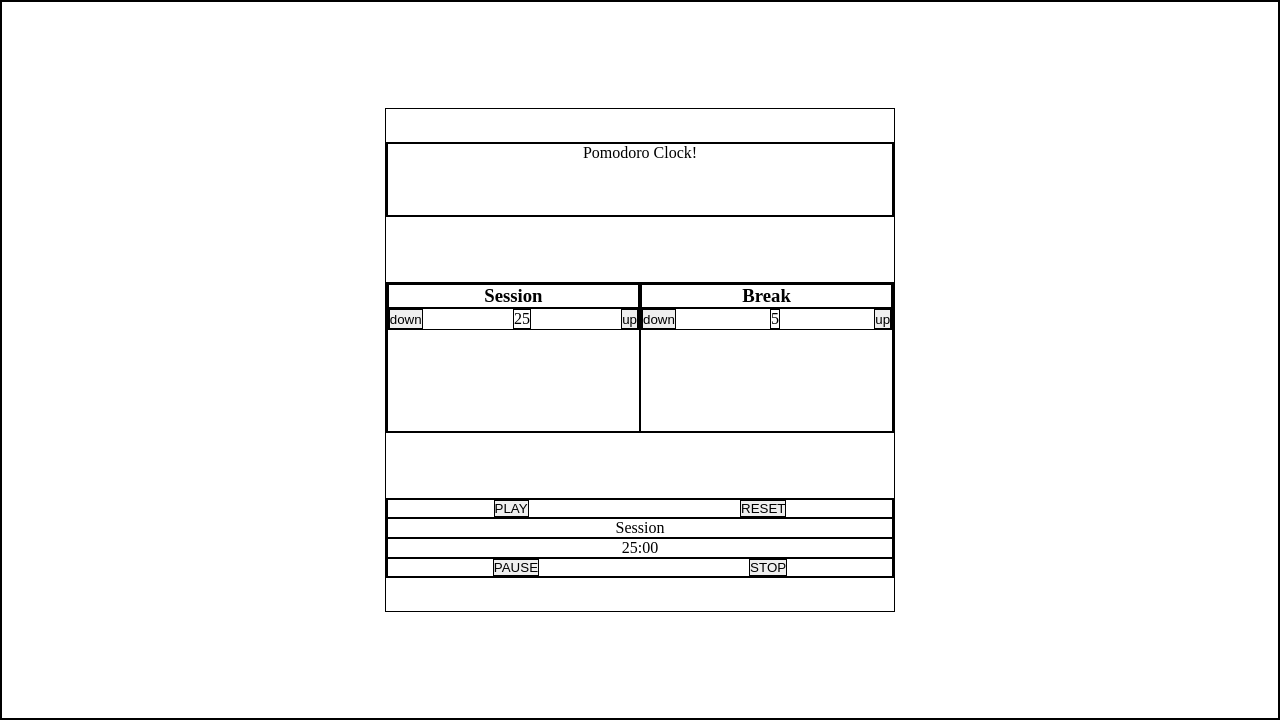
Repository: mcostigliola/pomodoroTimer
Page: index.html
These files come from the project's save history. The page is drawn as it stood at one moment and after the next save; the edit follows.
The browser window is 1280 px wide. The pictures show the whole page.

Above is the page before, as saved 2020-06-05 19:30:48.

### index.html
<!DOCTYPE html>
<html>
<head>
  <meta charset='utf-8'>
  <meta http-equiv='X-UA-Compatible' content='IE=edge'>
  <title>Page Title</title>
  <meta name='viewport' content='width=device-width, initial-scale=1'>
  <link rel='stylesheet' type='text/css' media='screen' href='main.css'>
</head>
<body>
  <div id="main-container">
    <div id="title-watch">
      <p>Pomodoro Clock!</p>
    </div>

    <div id="session-container">
      <div class="timer-configurator">
        <h3 class="cnfg-name">Session</h3>
        <div class="cnfg-controller">
          <button id="session-down" class="arrow-btn arrow-down">
            down
          </button>
          <div id="session-minute" class="config-minute"></div>
          <button id="session-up" class="arrow-btn arrow-up">
            up
          </button>
        </div>
      </div>
      <div class="timer-configurator">
        <h3 class="cnfg-name">Break</h3>
        <div class="cnfg-controller">
          <button id="break-down" class="arrow-btn arrow-down">
            down
          </button>
          <div id="break-minute" class="config-minute"></div>
          <button id="break-up" class="arrow-btn arrow-up">
            up
          </button>
        </div>
      </div>
    </div>

    <div id="timer-container">
       <div class="btn-container">
         <button id="btn-play">PLAY</button>
         <button id="btn-reset">RESET</button>
       </div>

       <p id="status">Session</p>
       <p id="timer">25:00</p>
       <div class="btn-container">
         <button id="btn-pause">PAUSE</button>
         <button id="btn-stop">STOP</button>
       </div>

    </div>
  </div>

  <script src='main.js'></script>
</body>
</html>

### main.css
*{
    border: 1px solid black;
    box-sizing: border-box;
    margin:0;
    padding:0;
}

html{
    height: 100%;
}

body{
    display: flex;
    flex-flow: column;
    height: 100%;
}

#main-container{
    display: flex;
    flex-flow: column;
    height: 70vh;
    justify-content: space-around;
    margin: auto;
    width: 40%;
}

#session-container{
    display: flex;
    height: 30%;
}

#timer-container p{
    text-align: center;
}

#title-watch{
    display: flex;
    height: 15%;
    text-align: center;
}

#title-watch p{
    flex-grow: 1;
}

.btn-container{
    display: flex;
    justify-content: space-around;
}

.cnfg-controller{
    display: flex;
    justify-content: space-between;
}


.timer-configurator{
    display: flex;
    flex-flow: column;
    width: 50%;
}

.timer-configurator h3{
    text-align: center;
}

.timer-container{
    display:flex;
    flex-flow: column;
}

### main.js
const MAX_CNFG_VALUE = 99;
const DEFMINUTES = 25;
const DEFBREAK = 5;
let configSessionMinutes = DEFMINUTES;
let configBreakMinutes = DEFBREAK;
let timerMinutes = configSessionMinutes;
let timerSeconds = 0;
let intervalId;
let isPaused = true;
let isOnBreak = false;
let sessionP = document.getElementById('status');
document.getElementById('session-minute').innerText = configSessionMinutes.toString();
document.getElementById('break-minute').innerText = configBreakMinutes.toString();

let arrowBtns = Array.from(document.querySelectorAll('.arrow-btn'));
arrowBtns.forEach(btn => btn.addEventListener('click', pressArrow));

document.getElementById('btn-play').addEventListener('click', pressPlay);
document.getElementById('btn-pause').addEventListener('click', pressPause);
document.getElementById('btn-stop').addEventListener('click', pressStop);
document.getElementById('btn-reset').addEventListener('click', resetButton);

function pressArrow(e){
  const buttonId = e.target.id;
  changeConfigMinutes(buttonId);
  alignConfigWithDisplay(buttonId);
}

function alignConfigWithDisplay(buttonId){
  if(buttonId.includes('break')){
    updateDisplay();
    if(isPaused && isOnBreak){
      timerMinutes = configBreakMinutes;
      updateDisplay();
    }
  }else{
    updateDisplay();
    if(isPaused && !isOnBreak){
      timerMinutes = configSessionMinutes;
      updateDisplay();
    }
  }
}

function changeConfigMinutes(buttonId){
  switch(buttonId){
    case "session-up":
      if(configSessionMinutes < MAX_CNFG_VALUE) configSessionMinutes++;
      break;
    case "session-down":
      if(configSessionMinutes > 0) configSessionMinutes--;
      break;
    case "break-up":
      if(configBreakMinutes < MAX_CNFG_VALUE) configBreakMinutes++;
      break;
    case "break-down":
      if(configBreakMinutes > 0) configBreakMinutes--;
      break;
  }
}

function updateDisplay(){
  updateTimerText();
  udpateConfigText();
}

function updateTimerText(){
  let timer = '';
  timerMinutes < 10 ? timer = `0${timerMinutes}`: timer = timerMinutes;
  timerSeconds < 10 ? timer += `:0${timerSeconds}`: timer += `:${timerSeconds}`;
  document.getElementById('timer').innerText = timer;
}

function udpateConfigText(){
  document.getElementById('break-minute').innerText = configBreakMinutes.toString();
  document.getElementById('session-minute').innerText = configSessionMinutes.toString();
}

function countdown(){
   intervalId = setInterval(() => {
    if(isPaused === true){
      clearInterval(intervalId);
      return;
    }
    if (timerSeconds > 0){
          timerSeconds--;
          updateDisplay();
    }else{
      if (timerMinutes > 0){
        timerMinutes--;
        timerSeconds = 59;
        updateDisplay();
      } else {
        isPaused = true;
        switchStatus();
      }
    }
   }, 1000);
}

function pressPlay(){
  if (isPaused){
    countdown();
    isPaused = false;
  }
}

function pressPause(){
  if(!isPaused) isPaused = true;
}

function pressStop(){
  timerSeconds = 0;
  isPaused = true;
  if(isOnBreak){
    sessionP.innerText = "Break";
    timerMinutes = configBreakMinutes;
  }else{
    sessionP.innerText = "Session";
    timerMinutes = configSessionMinutes;
  }
  updateDisplay();
}

function resetButton(){
  configSessionMinutes = DEFMINUTES;
  configBreakMinutes = DEFBREAK;
  isPaused = true;
  isOnBreak = false;
  timerMinutes = configSessionMinutes;
  timerSeconds = 0;
  sessionP.innerText = "Session";
  updateDisplay();
}

function switchStatus(){
  clearInterval(intervalId);
  isOnBreak = !isOnBreak;
  if(isOnBreak){
    timerMinutes = configBreakMinutes;
    sessionP.innerText = "Break";
  } else {
    timerMinutes = configSessionMinutes;
    sessionP.innerText = "Session";
  }
  isPaused = true;
  updateDisplay();
}

After the next save:
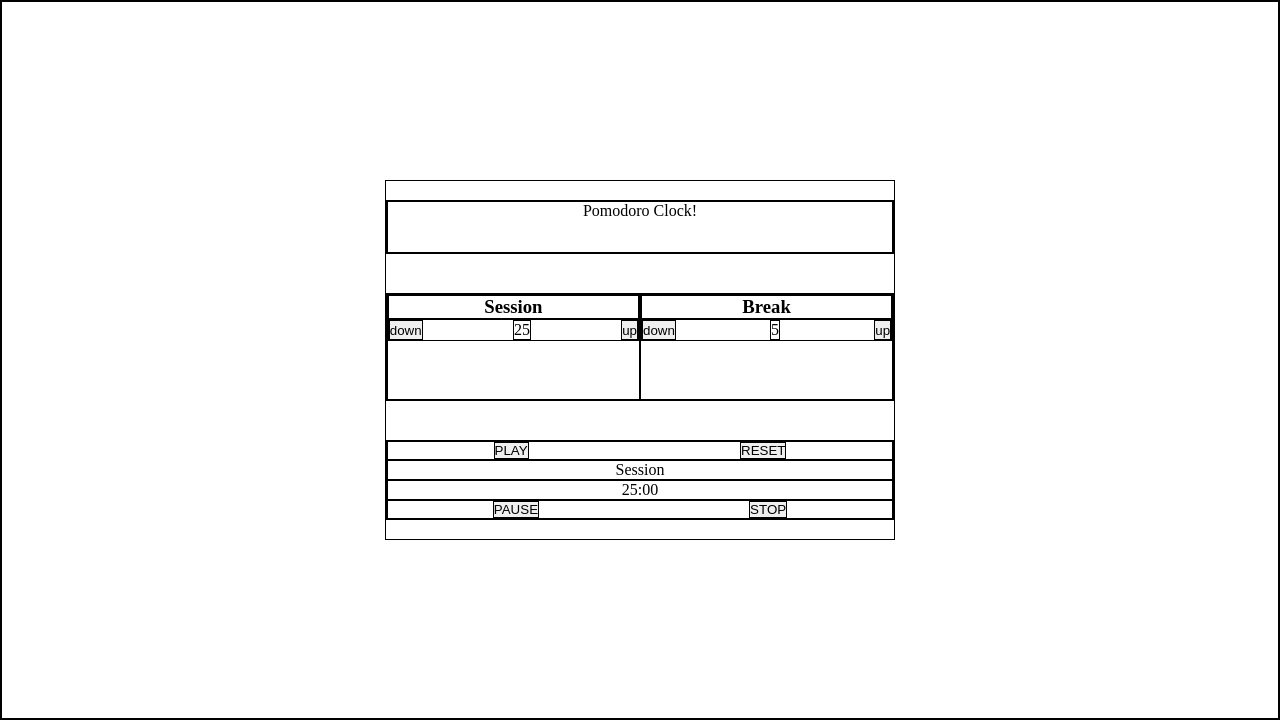
Saved 3 min 19 s later.
--- a/main.css
+++ b/main.css
@@ -18,7 +18,7 @@ body{
 #main-container{
     display: flex;
     flex-flow: column;
-    height: 70vh;
+    height: 50vh;
     justify-content: space-around;
     margin: auto;
     width: 40%;
@@ -41,6 +41,7 @@ body{
 
 #title-watch p{
     flex-grow: 1;
+    font-size: ;
 }
 
 .btn-container{
